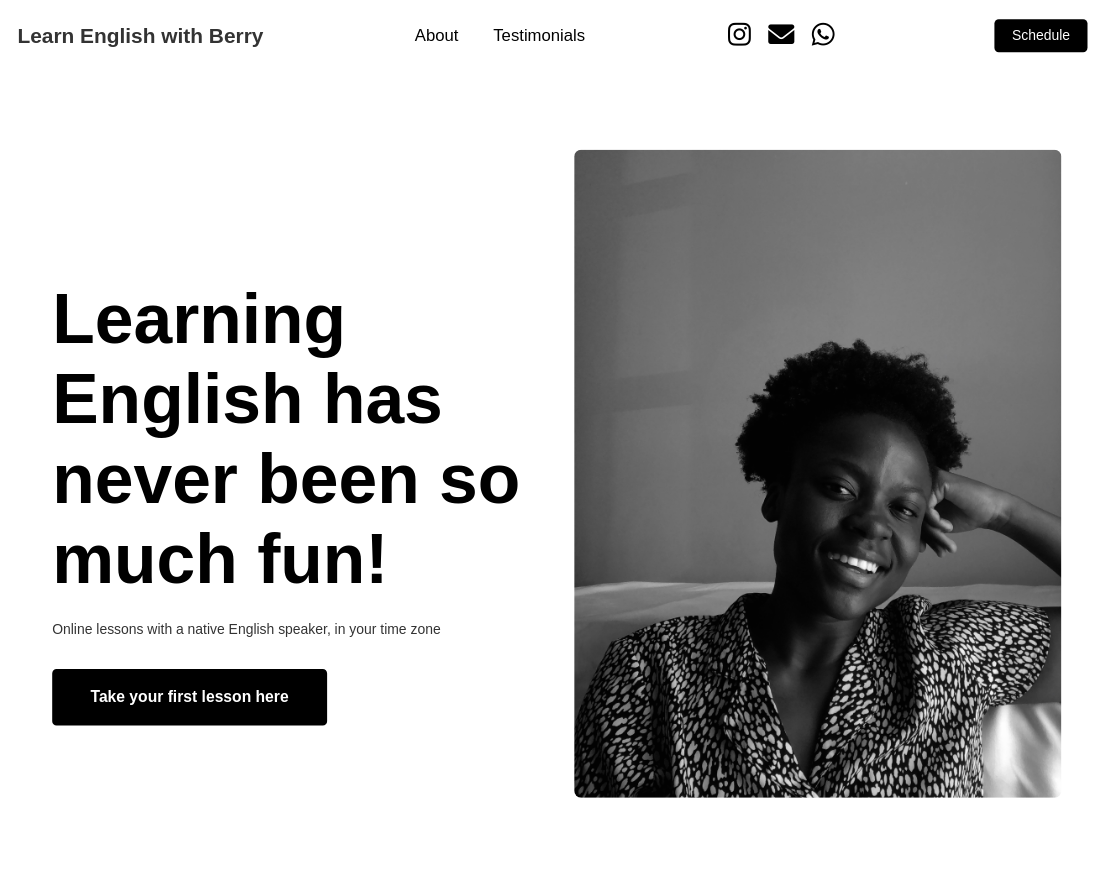
Repository: ntandomagana/esl-landing-page
Page: index.html
The author's editor kept a copy of each file at every save. The page is drawn from the files as they stood at one save, then again after the next save.
The browser window is 1280 px wide. The pictures show the whole page, at 87% of full size.

Above is the page before, as saved 2024-07-17 13:45:14.

### index.html
<!DOCTYPE html>
<html lang="en">
<head>
    <meta charset="UTF-8">
    <meta name="viewport" content="width=device-width, initial-scale=1.0">
    <link rel="stylesheet" href="https://cdnjs.cloudflare.com/ajax/libs/font-awesome/6.0.0-beta3/css/all.min.css">

    <title>Berry's English</title>
    <link rel="stylesheet" href="index.css">
</head>
<body>
    <!-- Header Section -->
    <header>
        <div class="header-container">
            <div class="logo"><h1>Learn English with Berry</h1>
            </div>
            <nav>
                <ul>
                    <li><a href="#about">About</a></li>
                    <li><a href="#testimonials">Testimonials</a></li>

                </ul>
            </nav>
            <div class="social-links">
                <a href="#" class="social-link"><i class="fab fa-instagram"></i></a>
                <a href="mailto:berry@example.com" class="social-link"><i class="fas fa-envelope"></i></a>
                <a href="https://wa.me/1234567890" class="social-link"><i class="fab fa-whatsapp"></i></a>
            </div>
            <a href="#contact" class="schedule-button">Schedule</a>
        </div>
    </header>

    <!-- Left and right division -->
     <section class="content-section">
        <div class="content-wrapper">
            <div class="left-content">
                <h2>Learning English has <br />
                    never been so much fun!</h2>
                <p>Online lessons with a native English speaker, in your time zone</p>
                <a href="#contact" class="action-button">Take your first lesson here</a>
            </div>

            <div class="right-content">
                <img src="./assets/bwpp.jpg" alt="Teacher Berry's Image">
            </div>
        </div>

     </section>
    </footer>
</body>
</html>

### index.css
/* styles.css */

body {
  font-family: Arial, Helvetica, sans-serif;
  margin: 0;
  padding: 0;
  box-sizing: border-box;
}

.header-container {
  display: flex;
  justify-content: space-between;
  align-items: center;
  padding: 10px 20px;
  background-color: white;
}

.logo h1 {
  margin: 0;
  font-size: 24px;
  color: #333;
}

nav ul {
  list-style-type: none;
  padding: 0;
  margin: 0;
  display: flex;
}

nav ul li {
  display: inline;
  margin: 20px; /* Adjust margin to add space between list items */
}

nav ul li:last-child {
  margin-right: 0;
}

nav ul li a {
  color: rgb(2, 2, 2);
  text-decoration: none;
  font-size: 1.2rem;
}

nav ul li a:hover {
  color: black;
  font-weight: bold;
}

.social-links {
  display: flex;
  align-items: center;
  margin-right: 20px;
}

.social-link {
  margin: 0 10px;
  display: inline-block;
  color: black;
  font-size: 30px;
  transition: color 0.3s ease, transform 0.3s ease, box-shadow 0.3s ease;
}

.social-link i {
  color: black;
}

.social-link:hover i {
  color: black;
  transition: black 4s ease-in-out;
  transform: translateY(-5px);
  box-shadow: 0 4px 8px rgba(19, 18, 18, 0.2);
}

.schedule-button {
  padding: 10px 20px;
  background-color: black;
  color: #fff;
  text-decoration: none;
  border-radius: 5px;
  transition: background-color 0.3s ease;
  border: none;
  cursor: pointer;
  margin-right: 10px;
}

.schedule-button:hover {
  background-color: #fff;
  border-color: rgba(0, 0, 0, 0);
  border: solid black;
  color: black;
}

.content-section {
  padding: 50px 0;
  text-align: center;
}

.content-wrapper {
  display: flex;
  justify-content: space-around;
  align-items: stretch;
  max-width: 1200px;
  margin: 20px auto;
}

.left-content {
  flex: 1;
  padding: 20px;
  text-align: left;
  display: flex;
  flex-direction: column;
  justify-content: center;
  align-items: flex-start;
}

.left-content h2 {
  font-size: 5rem;
  align-items: flex-end;
  color: rgb(0, 0, 0);
  margin-bottom: 10px;
  width: 100%;
}

.left-content p {
  font-size: 1rem;
  color: #333;
  width: 100%;
}

.right-content {
  flex: 1;
  padding: 20px;
  text-align: center;
  display: flex;
  justify-content: center;
  align-items: center;
}

.right-content img {
  max-width: 100%;
  height: auto;
  max-height: 800px; /* Example maximum height, adjust as needed */
  border-radius: 8px;
  /* Optional: Adds a subtle shadow */
}

.action-button {
    display: inline-block;
  padding: 18px 40px;
  background-color: black;
  color: #fff;
  border: 4px solid black;
  text-decoration: none;
  border-radius: 5px;
  transition: background-color 0.3s ease;
  margin-top: 20px;
  font-size: 18px;
  font-weight: bold;

}

.action-button:hover {
  background-color: #fff;
  border-color: rgba(0, 0, 0, 0);
  border: 4px solid black;
  color: black;
  margin: 20px;
  padding: 18px 40px;
}

After the next save:
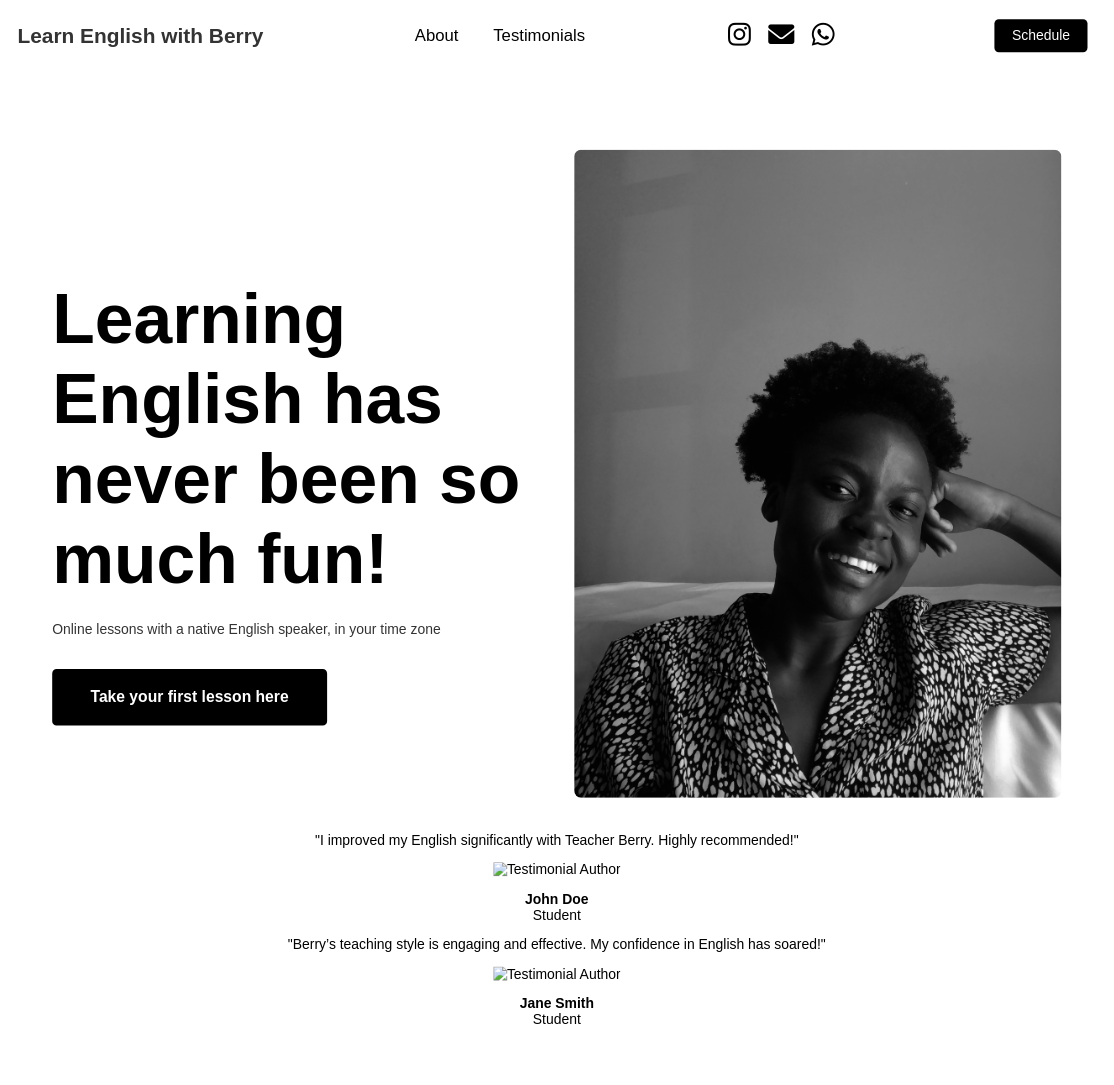
Not found: assets/testimonial-avatar.jpg
Saved 4 s later.
--- a/index.html
+++ b/index.html
@@ -45,6 +45,31 @@
             </div>
         </div>
 
+        <section id="testimonials" class="testimonials-section">
+    <div class="testimonial">
+        <div class="testimonial-content">
+            <p>"I improved my English significantly with Teacher Berry. Highly recommended!"</p>
+        </div>
+        <div class="testimonial-author">
+            <img src="./assets/testimonial-avatar.jpg" alt="Testimonial Author">
+            <p><strong>John Doe</strong><br>Student</p>
+        </div>
+    </div>
+
+    <div class="testimonial">
+        <div class="testimonial-content">
+            <p>"Berry’s teaching style is engaging and effective. My confidence in English has soared!"</p>
+        </div>
+        <div class="testimonial-author">
+            <img src="./assets/testimonial-avatar.jpg" alt="Testimonial Author">
+            <p><strong>Jane Smith</strong><br>Student</p>
+        </div>
+    </div>
+
+    <!-- Add more testimonials as needed -->
+</section>
+
+
      </section>
     </footer>
 </body>
